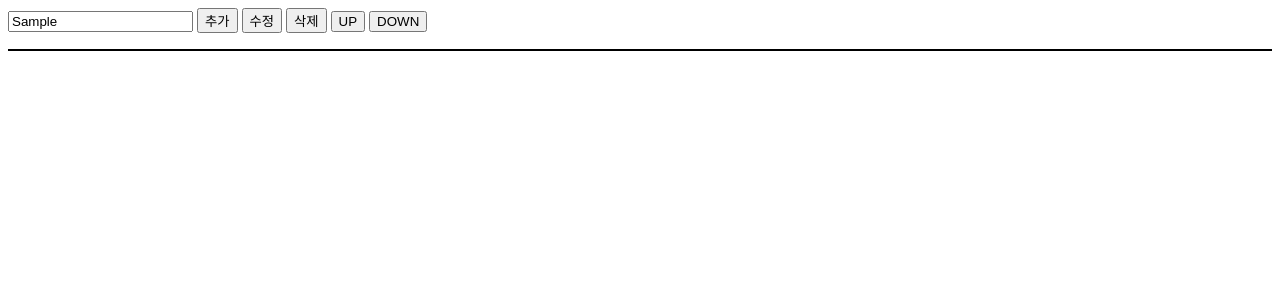
Repository: swc0516s/EZEN-JS
Page: JavaScript Workspace Lecture/JavaScript_jQuery_03/WebContent/Problem01/sil_prob02.html
An editor plug-in stored every save of this project. The page is shown before and after the next save, followed by the edit.
The browser window is 1280 px wide. The pictures show the whole page.
Empty fields were first filled with sample values (such as "Sample", 5 or name@example.com).
After loading, the first visible `#add` was clicked once.

Above is the page before, as saved 2022-03-22 08:51:41.
Console error: ReferenceError: selectedItem is not defined

### JavaScript Workspace Lecture/JavaScript_jQuery_03/WebContent/Problem01/sil_prob02.html
<!DOCTYPE html>
<html>
<head>
<meta charset="UTF-8">
<title>Insert title here</title>
<style type="text/css">
body {
	font-size: 16px;
}

ul.menu {
	list-style: none;
	border: 1px #000 solid;
}
</style>
<script type="text/javascript" src="../libs/jquery-3.6.0.min.js"></script>
<script type="text/javascript">
	var $menu = null;
	var $menuName = null;
	var $selectedItem = null;

	$(document).ready(function() {
		init();
		initEvent();
	});
	// 전역에서 사용할 요소 초기화
	function init() {
		$menu = $("ul.menu");
		$menuName = $("#menuName");
	}

	// 이벤트 초기화
	function initEvent() {
		$("#add").click(function() {
			addMenu();
		});

		$menu.on("click", "li", function() {
			selectItem($(this));
		});

		$("#update").click(function() {
			updateMenuItem();
		});

		$("#remove").click(function() {
			removeMenuItem();
		});

		$("#up").click(function() {
			upMenuItem();
		});

		$("#down").click(function() {
			downMenuItem();
		});

	}

	function addMenu() {
		// 텍스트 입력 값 구하기
		var menuName = $menuName.val();
		// 신규 메뉴 아이템 문자열 만들기
		var newMenuItem = "<li>" + menuName + "</li>";
		// 선택 메뉴 아이템이 있는 경우 신규 아이템을 선택 메뉴 아이템 아래에 추가
		if (selectedItem) {
			selectedItem.after(newMenuItem)
		} else {
			menu.append(newMenuItem);
		}
	}

	function selectItem(item) {
		//기존 선택 메뉴 아이템이 있는 경우 선택 효과 제거
		if (selectedItem != null)
			selectedItem.removeClass("select");
		//신규 선택 메뉴 아이템 처리
		selectedItem = item;
		selectedItem.addClass("select");
	}

	function updateMenuItem() {
		if (selectedItem) {
			var menuName = menuName.val();
			selectedItem.html(menuName);
		} else {
			alert("선택 메뉴가 존재 하지 않습니다.");
		}
	}

	function removeMenuItem() {
		if (selectedItem) {
			selectedItem.remove();
			selectedItem = null;
		}

	}

	function upMenuItem() {
		if (selectedItem) {
			var prevItem = selectedItem.prev();
			selectedItem.insertBefore(prevItem);
		} else {
			alert("선택 메뉴가 존재 하지 않습니다.");
		}
	}
	function downMenuItem() {
		if (selectedItem) {
			var nextItem = selectedItem.next();
			selectedItem.insertAfter(nextItem);
		} else {
			alert("선택 메뉴가 존재 하지 않습니다.");
		}
	}
</script>
</head>
<body>
	<div>
		<input type="text" id="menuName">
		<button id="add">추가</button>
		<button id="update">수정</button>
		<button id="remove">삭제</button>
		<button id="up">UP</button>
		<button id="down">DOWN</button>
	</div>
	<ul class="menu">

	</ul>

</body>
</html>

Loaded but not shown: JavaScript Workspace Lecture/JavaScript_jQuery_03/WebContent/libs/jquery-3.6.0.min.js (library)

After the next save:
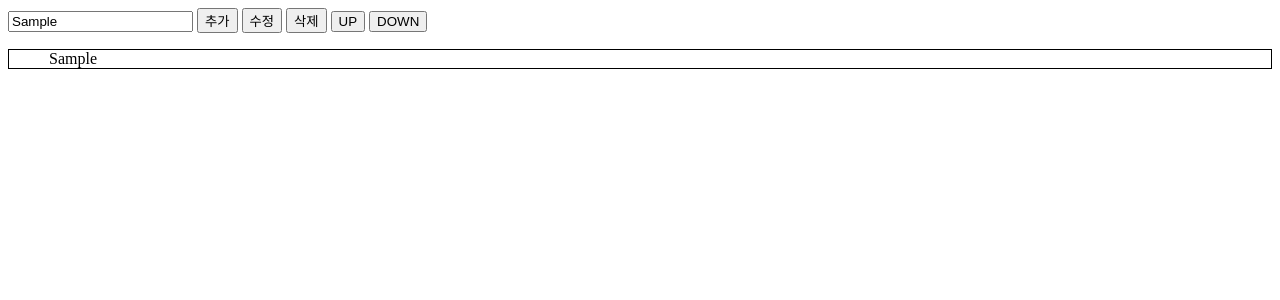
The error is gone.
Saved 40 s later.
--- a/JavaScript Workspace Lecture/JavaScript_jQuery_03/WebContent/Problem01/sil_prob02.html
+++ b/JavaScript Workspace Lecture/JavaScript_jQuery_03/WebContent/Problem01/sil_prob02.html
@@ -63,10 +63,10 @@ ul.menu {
 		// 신규 메뉴 아이템 문자열 만들기
 		var newMenuItem = "<li>" + menuName + "</li>";
 		// 선택 메뉴 아이템이 있는 경우 신규 아이템을 선택 메뉴 아이템 아래에 추가
-		if (selectedItem) {
-			selectedItem.after(newMenuItem)
+		if ($selectedItem) {
+			$selectedItem.after(newMenuItem)
 		} else {
-			menu.append(newMenuItem);
+			$menu.append(newMenuItem);
 		}
 	}
 
